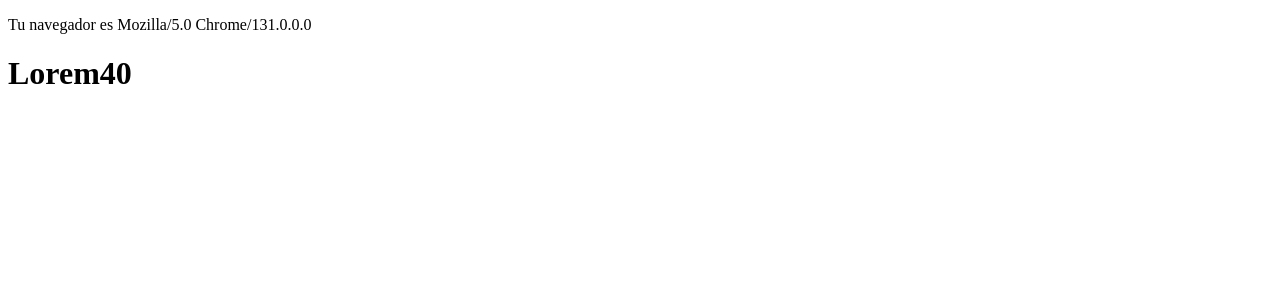
Repository: Carlos-Mar14/JAVA-JEE
Page: http://localhost/Practic2/
These files come from the project's save history. The page is drawn as it stood at one moment and after the next save; the edit follows.
The browser window is 1280 px wide. The pictures show the whole page.
Some web fonts or font styles are not loaded; a fallback is used. The page is served by Tomcat 9.

Above is the page before, as saved 2024-06-05 16:44:03.

### Practic2/src/main/webapp/index.jsp
<%@ page language="java" contentType="text/html; charset=UTF-8"
    pageEncoding="UTF-8"%>

<!DOCTYPE html>
<html>
<head>
    <link rel="preconnect" href="https://fonts.googleapis.com">
    <link rel="preconnect" href="https://fonts.gstatic.com" crossorigin>
    <link href="https://fonts.googleapis.com/css2?family=Dancing+Script:wght@400..700&display=swap" rel="stylesheet">
    <style>
        /* Use a unique and descriptive class name */
        .dancing-script-custom {
            font-family: "Dancing Script", cursive;
            font-optical-sizing: auto;
            font-weight: 400; /* Use a value from 400 to 700 */
            font-style: normal;
        }
    </style>
</head>
<body >
    <p class="dancing-script-custom">
        Tu navegador es <%= request.getHeader("user-agent") %>
    </p>
    <h1>
    	Lorem40
    </h1>
</body>
</html>

After the next save:
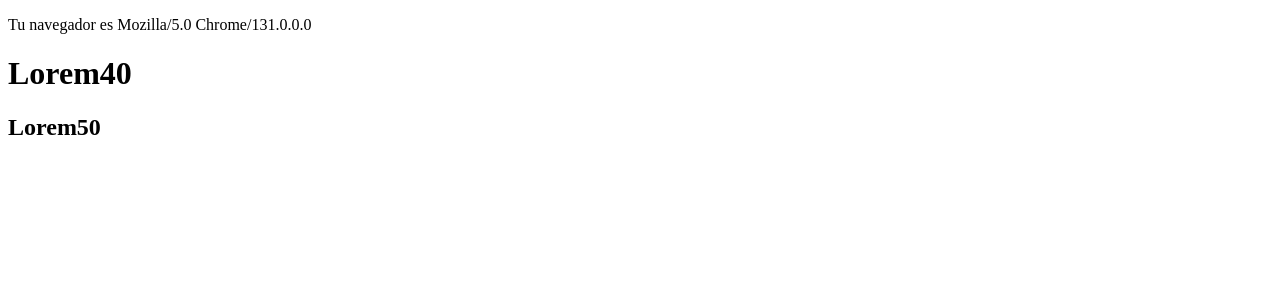
Saved 4 min 13 s later.
--- a/Practic2/src/main/webapp/index.jsp
+++ b/Practic2/src/main/webapp/index.jsp
@@ -24,5 +24,8 @@
     <h1>
     	Lorem40
     </h1>
+    <h2>
+    	Lorem50
+    </h2>
 </body>
 </html>
